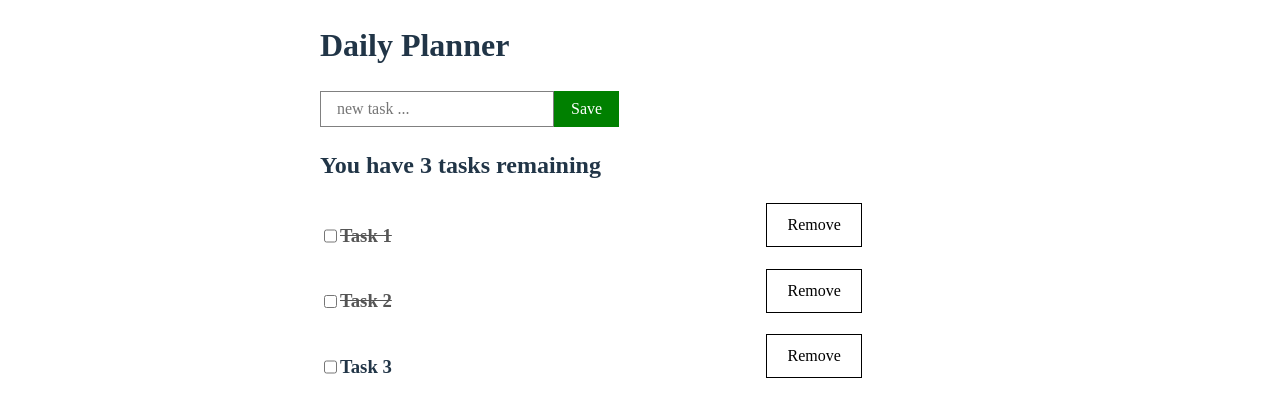
Repository: SamanthaYan298/my_planner
Page: /
The author's editor kept a copy of each file at every save. The page is drawn from the files as they stood at one save, then again after a run of saves.
The browser window is 1280 px wide. The pictures show the whole page.
The project was rebuilt for these pictures with package versions that can differ from the ones it lists, and the page was loaded fresh each time. Also part of the build but not shown: vite.config.js.

Above is the page before, as saved 2024-10-07 23:28:43.

### src/App.jsx
import { useState } from 'react'
import './App.css'

const data = [
  {
    id: 1,
    title: 'Task 1'
  }
]

function App() {

  const [tasks, setTasks] = useState("");
  const [addTask, setAddTask] = useState(data);

  const [taskData, setTaskData] = useState({
    id: 1,
    title: 'Task 1'
  });

  function handleChange(e) {
    setTasks(e.target.value);
  }

  function handleAddTask(e) {
    e.preventDefault();
    if(tasks.trim()) {
      setAddTask([...tasks, {id: taskData.length + 1, title: tasks}]);
      setTasks('');
    }
  }

  return (
    <>
      <div className='main'>
        <h1>Daily Planner</h1>
        <form onSubmit={handleAddTask}>
          <input
            type="text"
            className='form-input'
            placeholder='new task ...'
            value={tasks}
            onChange={handleChange}
          />
          <button className='form-btn'>Save</button>
        </form>
        <h2>You have 3 tasks remaining</h2>
        <div>
          <div className='task-list'>
            <input type="checkbox" />
            <h3 className='checked'>Task 1</h3>
            <span>
              <button className='task-btn'>Remove</button>
            </span>
          </div>

          <div className='task-list'>
            <input type="checkbox" />
            <h3 className='checked'>Task 2</h3>
            <span>
              <button className='task-btn'>Remove</button>
            </span>
          </div>

          <div className='task-list'>
            <input type="checkbox" />
            <h3>Task 3</h3>
            <span>
              <button className='task-btn'>Remove</button>
            </span>
          </div>
        </div>
      </div>
    </>
  )
}

export default App

### src/index.css
:root {
  font-family: Inter, system-ui, Avenir, Helvetica, Arial, sans-serif;
  line-height: 1.5;
  font-weight: 400;

  color-scheme: light dark;
  color: rgba(255, 255, 255, 0.87);
  background-color: #242424;

  font-synthesis: none;
  text-rendering: optimizeLegibility;
  -webkit-font-smoothing: antialiased;
  -moz-osx-font-smoothing: grayscale;
}

a {
  font-weight: 500;
  color: #646cff;
  text-decoration: inherit;
}
a:hover {
  color: #535bf2;
}

body {
  margin: 0;
  display: flex;
  flex-direction: column;
  align-items: flex-start;
  justify-content: flex-start;
  min-width: 320px;
  min-height: 100vh;
  padding-top: 0;
  text-align: left;
  left: 0;
}


/* h1 {
  font-size: 3.2em;
  line-height: 1.1;
} */

/* button {
  border-radius: 8px;
  border: 1px solid transparent;
  padding: 0.6em 1.2em;
  font-size: 1em;
  font-weight: 500;
  font-family: inherit;
  background-color: #1a1a1a;
  cursor: pointer;
  transition: border-color 0.25s;
}
button:hover {
  border-color: #646cff;
}
button:focus,
button:focus-visible {
  outline: 4px auto -webkit-focus-ring-color;
} */

@media (prefers-color-scheme: light) {
  :root {
    color: #213547;
    background-color: #ffffff;
  }
  a:hover {
    color: #747bff;
  }
  button {
    background-color: #f9f9f9;
  }
}

### src/App.css
#root {
  max-width: 100%;
  margin-left: 20em;
  padding: 0;
  top: 0;
  font-family: "Playfair Display", serif;
}

.main {
  text-align: left;
}

.task-list {
  display: flex;
  flex-direction: row;
}

.form-btn {
  background-color: green;
  border: 1px solid green;
  color: white;
  padding: 0.5em 1em;
  font-family: "Playfair Display", serif;
  font-size: 1em;
}

.task-btn {
  padding: 0.5em 1em;
  border: 1px solid;
  background-color: white;
  width: 6em;
  height: 2.75em;
  font-family: "Playfair Display", serif;
  font-size: 1em;
  cursor: pointer;
}

.form-input {
  padding: 0.5em 1em;
  border: 1px solid;
  height: 1.15em;
  font-family: "Playfair Display", serif;
  color: grey;
  font-size: 1em;
}

div h3 {
  padding-right: 20em;
}

.checked {
  color: #555;
  text-decoration: line-through;
}

Loaded but not shown: index.html (common file); src/main.jsx (common file)

After the next 2 saves:
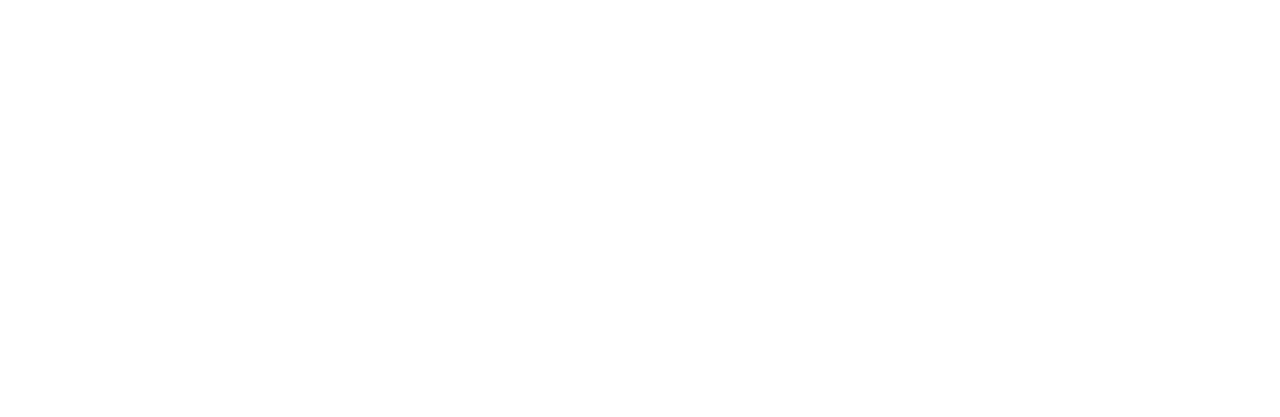
Console error: ReferenceError: Cannot access 'data' before initialization
The 2 saves are shown as one change because they came seconds apart.
The last was saved 35 s later.
--- a/src/App.jsx
+++ b/src/App.jsx
@@ -13,10 +13,12 @@
   const [tasks, setTasks] = useState("");
   const [addTask, setAddTask] = useState(data);
 
-  const [taskData, setTaskData] = useState({
-    id: 1,
+  const data = [
+    {
+      id: 1,
     title: 'Task 1'
-  });
+    }
+  ];
 
   function handleChange(e) {
     setTasks(e.target.value);

After the save that followed:
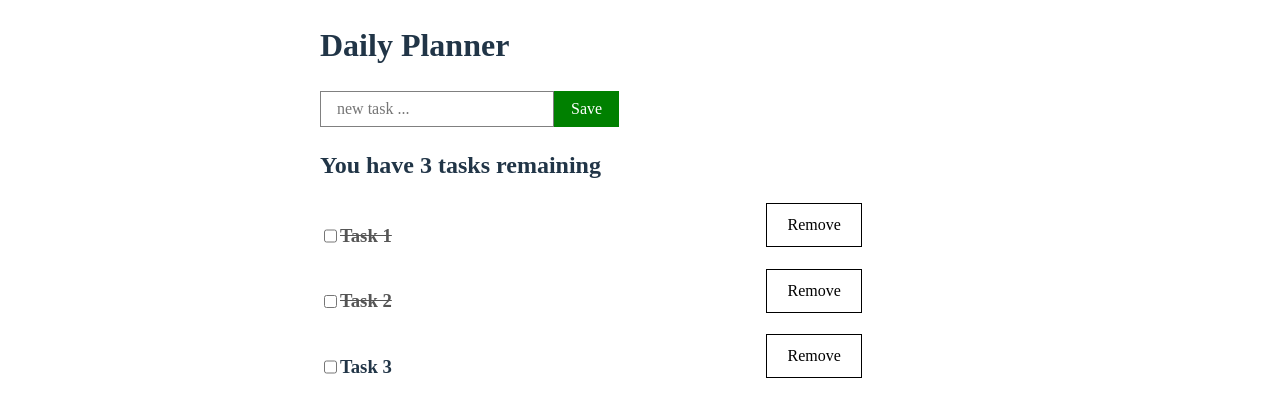
The error is gone.
Saved 95 s later.
--- a/src/App.jsx
+++ b/src/App.jsx
@@ -12,13 +12,6 @@
 
   const [tasks, setTasks] = useState("");
   const [addTask, setAddTask] = useState(data);
-
-  const data = [
-    {
-      id: 1,
-    title: 'Task 1'
-    }
-  ];
 
   function handleChange(e) {
     setTasks(e.target.value);
